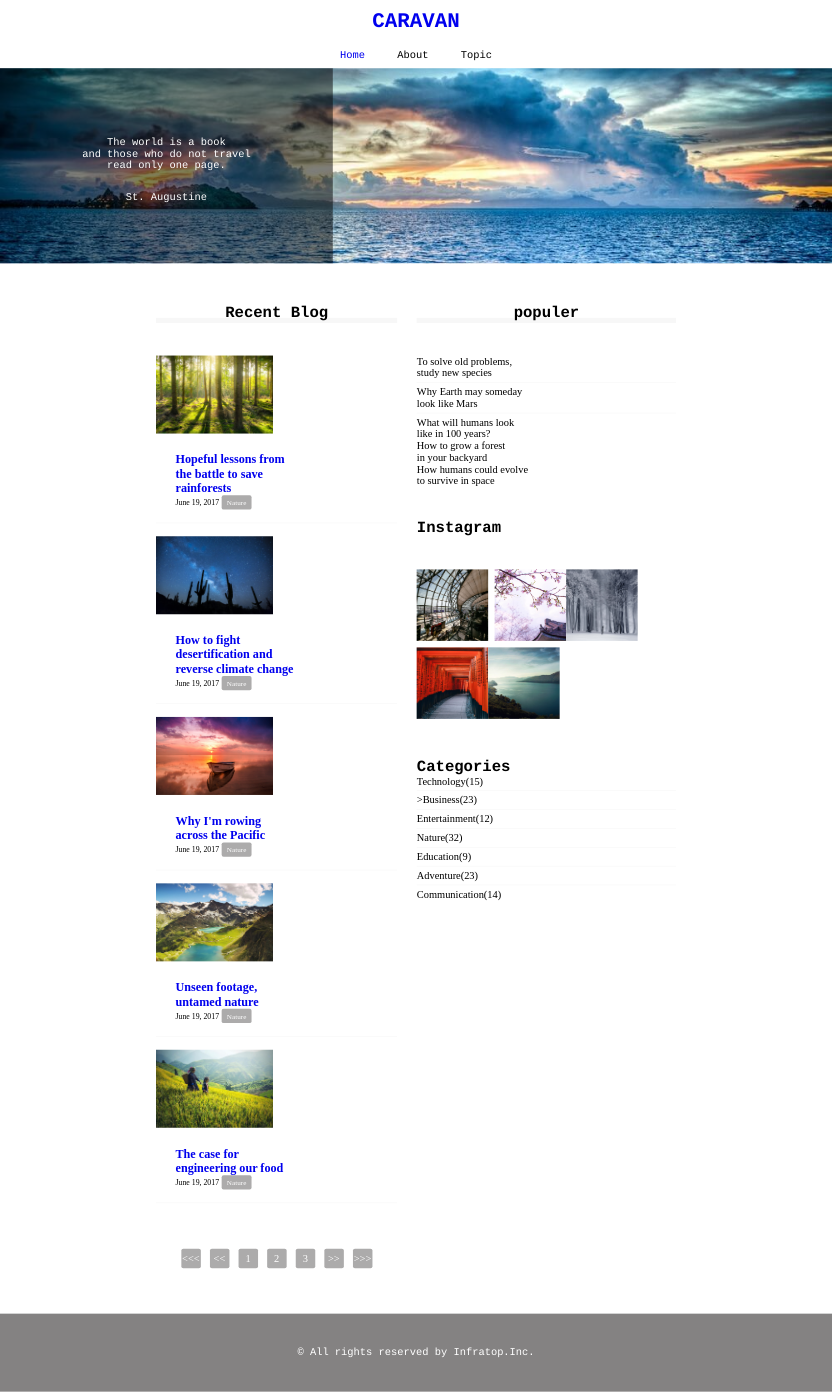
Repository: rhombus0516/bookers2-debug
Page: caravan/index.html
The author's editor kept a record of every edit. The page is drawn from the files as they stood at one moment, then again after the next edit.
The browser window is 1280 px wide. The pictures show the whole page, at 65% of full size.

Above is the page before.

### caravan/index.html
<!DOCTYPE html>
<html lang="ja">
     <head>

    <meta charset="UTF-8" />
    <link rel="stylesheet" href="style.css"/>
    <title>caravan</title>
    </head>

    <body>
        <header>
            <h1 class="heading">
            <a href="index.html">CARAVAN</a>
            </h1>
        </header>

        <nav>
            <ul class="nav-list">
                <li class="nav-list-item">
                    <a href="index.html">Home</a>
                    </li>
                    <li class="nav-list-item">About</li>
                    <li class="nav-list-item">Topic</li>
            </ul>
        </nav>

        <div class="main-visual">
        <div class="main-visual-content">
            <p class="main-visual-text">
                The world is a book<br/>
                and those who do not travel<br/>
                read only one page.
            </p>
            <p class="main-visual-name"> St. Augustine</p>
        </div>
    </div>

        <main>
            <section class="blog">
                <h2 class="blog-heading">Recent Blog</h2>

                <div class="blog-box">
                <div class="blog-item">
                <img class="blog-image"  src="img/forest.jpg">
                <section class="blog-text">
                    <h3 class="blog--text-heading">
                    <a href="single.html">
                Hopeful lessons from<br>
                the battle to save<br>
                rainforests
                </a>
                </h3>
                <p class="blog-date">June 19, 2017</p>
                <span class="category">Nature</span>
            </section>
            </div>
            <div class="blog-item">
                <img class="blog-image"  src="img/desert.jpg">
                <section class="blog-text">
                    <h3 class="blog--text-heading">
                    <a href="single.html">
                  How to fight<br>
                  desertification and<br>
                  reverse climate change
                </a>
                </h3>
                <p class="blog-date">June 19, 2017</p>
                <span class="category">Nature</span>
            </section>
            </div>
            <div class="blog-item">
                <img class="blog-image"  src="img/sunset.jpg">
                <section class="blog-text">
                    <h3 class="blog--text-heading">
                    <a href="single.html">
                  Why I'm rowing<br>
                  across the Pacific
                </a>
                </h3>
                <p class="blog-date">June 19, 2017</p>
                <span class="category">Nature</span>
            </section>
            </div>
            <div class="blog-item">
                <img class="blog-image"  src="img/italy.jpg">
                <section class="blog-text">
                    <h3 class="blog--text-heading">
                    <a href="single.html">
                 Unseen footage,<br>
                  untamed nature
                </a>
                </h3>
                <p class="blog-date">June 19, 2017</p>
                <span class="category">Nature</span>
            </section>
            </div>
            <div class="blog-item">
                <img class="blog-image"  src="img/asia.jpg">
                <section class="blog-text">
                    <h3 class="blog--text-heading">
                    <a href="single.html">
                The case for<br>
                  engineering our food
                </a>
                </h3>
                <p class="blog-date">June 19, 2017</p>
                <span class="category">Nature</span>
            </section>
            </div>
            </div>
            <div class="pagination">
                <p><<<</p>
                <p><<</p>
                <p>1</p>
                <p>2</p>
                <p>3</p>
                <p>>></p>
                <p>>>></p>
            </div>
            </section>
         <div class="sidebar">
             <section class="popular">
                 <h2 class="popular-heading common-heading">populer</h2>
                  <div class="sideber-content">
                  <p class="popular-text">To solve old problems,<br>study new species</p>
                  <p class="popular-text">Why Earth may someday<br>look like Mars</p>
                  <p class="populer-text">What will humans look<br>like in 100 years?</p>
                 <p class="populer-text">How to grow a forest<br>in your backyard</p>
                 <p class="populer-text">How humans could evolve<br>to survive in space</p>
                 </div>
             </section>
             <section class="instagram">
                 <h2 class="instagram-heading common-heaing">Instagram</h2>
                    <div class="sideber-content">
                     <div class="instagram-box"></div>
                     <div class="instagram-box"></div>
                     <div class="instagram-box"></div>
                     <div class="instagram-box"></div>
                     <div class="instagram-box"></div>
                   </div>
             </section>
             <section class="categories">
                 <h2 class="categories-heading common-heaing">Categories</h2>
                     <div class="sidebar-contents">
                         <p class="categories-text">Technology(15)</p>
                         <p class="categories-text">>Business(23)</p>
                         <p class="categories-text">Entertainment(12)</p>
                         <p class="categories-text">Nature(32)</p>
                         <p class="categories-text">Education(9)</p>
                         <p class="categories-text">Adventure(23)</p>
                         <p class="categories-text">Communication(14)</p>
                     </div>
             </section>
            </div>
        </main>

                </div>
            </div>
        </div>
        <footer>
            <p class="footer-text">© All rights reserved by Infratop.Inc.</p>
        </footer>
    </body>
</html>

### caravan/style.css
 *{
  margin: 0;
  padding: 0;
  box-sizing: border-box;
}

a{
  text-decoration: none;
}

header, nav, h2, .main-visual, footer{
  font-family: Chalkduster, "Bradley Hand", Courier, "Segoe Print", sans-serif;
}

header {
  width: 90%;
  padding: 15px 0;
  margin: 0 auto;
  text-align: center;
  position: relative;
}

.social i{
  display: inline-block;
  margin-left: 20px;
}

.social {
  position: absolute;
  top: 22px;
  right: 22px;
}

header .heading{
  font-size: 32px;
}

.nav-list{
  text-align: center;
  padding: 10px 0;
  margin: 0 auto;
}

.nav-list-item{
  list-style: none;
  display: inline-block;
  margin: 0 20px;
}

.main-visual{
  width:100%;
  height:300px;
  background-image: url(img/mv.jpg);
  background-size: cover;
  background-position: center;
}

.main-visual-content{
  width:40%;
  height:300px;
  background-color: rgba(0,0,0,0.5);
  text-align: center;
  padding-top: 105px;
}

.main-visual-text{
  color: #fff;
}

.main-visual-name{
  margin-top: 30px;
  color: #fff;
}


main{
  width:800px;
  display: flex;
  justify-content: center;
  margin: 0 auto;
  padding: 70px 0;
}


.blog{
  width: 540px;
  margin-right: 30px;
}

.blog-heading{
  border-bottom: 8px solid #f7f7f7;
  text-align: center;
  line-height: 0.6;
}

.blog-box{
  padding-top:50px;
}

.blog-item{
  padding-bottom: 20px;
  margin-bottom: 20px;
  border-bottom: 1px solid #f7f7f7;
  display: block;
  justify-content:flex-start;
}

.blog-image{
  width: 180px;
}

.blog-text{
  padding: 25px 0 0 30px;
}

.blog-text-heading{
  padding-bottom: 15px;
}

.blog-date{
  font-size: 12px;
  display: inline-block;
}

.category{
  display: inline-block;
  padding: 5px 8px;
  background-color: #acabab;
  border-radius: 3px;
  color: #fff;
  font-size: 11px;
}

.pagination{
  text-align: center;
  padding-top: 50px;
}

.pagination p{
  display: inline-block;
  width: 30px;
  height: 30px;
  margin: 0 5px;
  background-color: #acabab;
  color: #fff;
  border-radius: 3px;
  line-height: 30px;
}

.sideber{
  width: 230px;
}

.common-heading{
  border-bottom: 8px solid #f7f7f7;
  text-align: center;
  line-height: 0.6;
}

.sideber-content{
  padding:50px 0;
}

.popular-text,
.categories-text{
  padding-bottom: 5px;
  border-bottom: 1px solid #f7f7f7;
  margin-bottom: 5px;
}

.popular-text:last-child,
.categories-text:last-child{
  margin: 0;
  padding: 0;
  border: none;
}

.instagram .sideber-content{
  display: flex;
  flex-wrap: wrap;
}

.instagram-box{
  width: 110px;
  padding-top: 110px;
  background-size: cover;
  background-position: center;
  margin-bottom: 10px;
}

.instagram-box:nth-child(odd){
  margin: 0 10px 10px 0;
}

.instagram-box:nth-child(1){
  background-image: url(img/airport.jpg);
}

.instagram-box:nth-child(2){
  background-image: url(img/japan.jpg);
}

.instagram-box:nth-child(3){
  background-image: url(img/snow.jpg);
}

.instagram-box:nth-child(4){
  background-image: url(img/japan2.jpg);
}

.instagram-box:nth-child(5){
  background-image: url(img/lake.jpg);
}

.instagram-box:nth-child(6){
  background-image: url(img/road.jpg);
}



footer{
  width:100%;
  height: 120px;
  text-align: center;
  line-height: 120px;
  background-color:  #848282
}

.footer-text{
  color:#fff;
}

@media screen and (max-width: 425px) {
  header {
    width: 100%;
  }

  .nav-list {
    width: 100%;
  }

  .nav-list-item {
    width: 100%;
    margin: 0 0 10px 0;
  }

  .social {
    display: none;
  }

   .social i {
    color: blue;
   }

  .main-visual-content {
    width: 100%;
  }

  main {
    width: 100%;
    display: block;
  }

  .blog {
    width: 100%;
    margin: 0;
  }

  .blog-box {
    padding-left: 2%;
    padding-right: 2%;
  }

  .blog-image {
    width: 49%;
  }

  .blog-text {
    width: 49%;
    padding-top: 5px;
  }

  .sidebar {
    width: 100%;
  }

  .sidebar-contents {
    padding-left: 3%;
    padding-right: 3%;
  }

  .instagram-box {
    width: 48%;
    padding-top: 48%;
  }

  .instagram-box:nth-child(odd) {
    margin-right: 4%;
  }

  .pagination {
    margin-bottom: 50px;
  }
}

After the next edit:
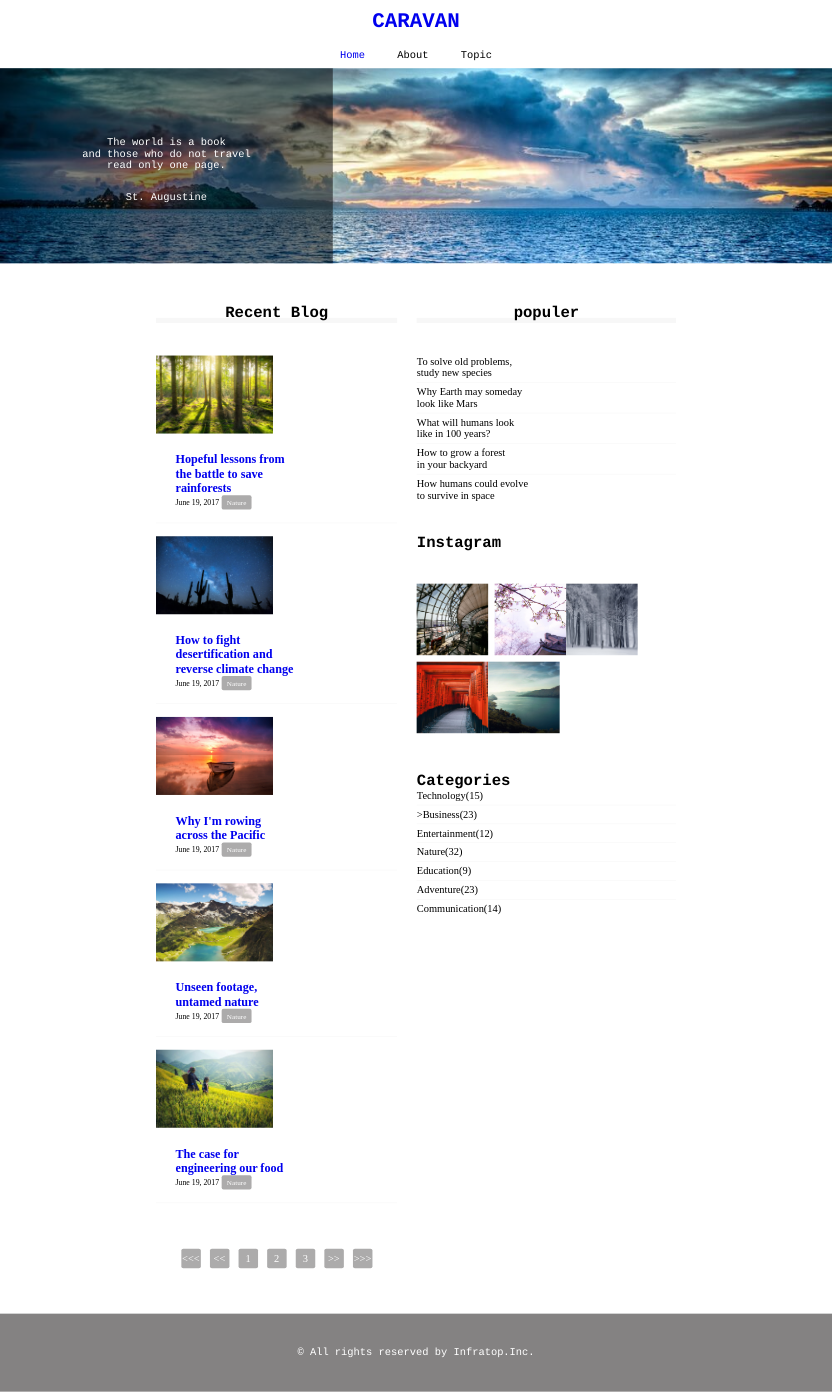
The edit:
--- a/caravan/index.html
+++ b/caravan/index.html
@@ -124,9 +124,9 @@
                   <div class="sideber-content">
                   <p class="popular-text">To solve old problems,<br>study new species</p>
                   <p class="popular-text">Why Earth may someday<br>look like Mars</p>
-                  <p class="populer-text">What will humans look<br>like in 100 years?</p>
-                 <p class="populer-text">How to grow a forest<br>in your backyard</p>
-                 <p class="populer-text">How humans could evolve<br>to survive in space</p>
+                  <p class="popular-text">What will humans look<br>like in 100 years?</p>
+                 <p class="popular-text">How to grow a forest<br>in your backyard</p>
+                 <p class="popular-text">How humans could evolve<br>to survive in space</p>
                  </div>
              </section>
              <section class="instagram">
